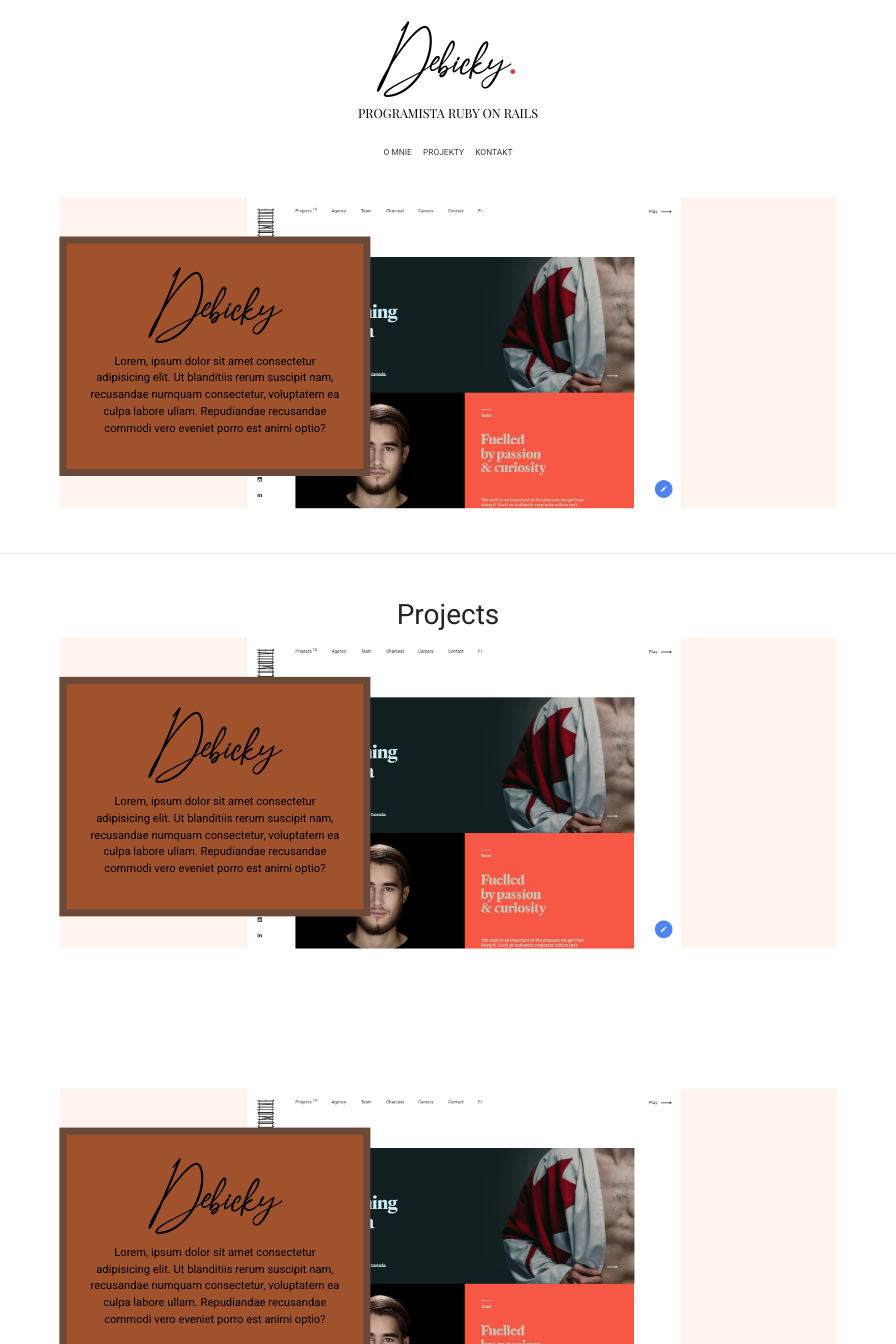
Repository: debicky/debicky.github.io
Page: index.html
These files come from the project's save history. The page is drawn as it stood at one moment and after the next save; the edit follows.
The browser window is 1280 px wide. The pictures show the part of the page from y = 0 to 1920 px (the page is 3763 px tall), at 70% of full size.
Some web libraries are served in a nearby version.

Above is the page before, as saved 2020-06-10 13:25:38.

### index.html
<!DOCTYPE html>
<html lang="en">
<head>
  <meta charset="UTF-8">
  <meta name="viewport" content="width=device-width, initial-scale=1.0">
  <title>Debicky</title>
  <link rel="stylesheet" href="https://stackpath.bootstrapcdn.com/bootstrap/4.5.0/css/bootstrap.min.css" integrity="sha384-9aIt2nRpC12Uk9gS9baDl411NQApFmC26EwAOH8WgZl5MYYxFfc+NcPb1dKGj7Sk" crossorigin="anonymous">
  <link rel="stylesheet" href="https://cdnjs.cloudflare.com/ajax/libs/font-awesome/5.11.2/css/all.min.css">
  <link rel="stylesheet" href="styles.css">
</head>
<body>


  <header>
    <a href="index.html">
      <div class="signature">
        <h5 class="signature-heading">Debicky<span class="text-danger font-weight-bolder">.</span></h5>
        <h3 class="signature-subhead">Programista Ruby on Rails</h3>
      </div>
    </a>
  </header>

  <div class="container">
    <nav class="navbar navbar-expand-md p-0 rounded">
      <button class="navbar-toggler" type="button" data-toggle="collapse" data-target="#navbarSupportedContent" aria-controls="navbarSupportedContent" aria-expanded="false" aria-label="Toggle navigation">
        <i class="fas fa-bars"></i>
        <i class="fas fa-times"></i>
      </button>

      <div class="collapse navbar-collapse d-md-flex justify-content-center" id="navbarSupportedContent">
        <ul class="navbar-nav">
          <li class="nav-item">
            <a class="nav-link" href="#">O mnie</a>
          </li>
          <li class="nav-item">
            <a class="nav-link" href="#">Projekty</a>
          </li>
          <li class="nav-item">
            <a class="nav-link" href="#">Kontakt</a>
          </li>
        </ul>
      </div>
    </nav>
  </div>

  <section class="about py-5">
    <div class="container">
      <div class="about-content">
        <div class="about-description">
          <div class="signature">
            <h5 class="signature-heading">Debicky</h5>
            <p>Lorem, ipsum dolor sit amet consectetur adipisicing elit. Ut blanditiis rerum suscipit nam, recusandae numquam consectetur, voluptatem ea culpa labore ullam. Repudiandae recusandae commodi vero eveniet porro est animi optio?</p>
          </div>
        </div>
        <div class="about-image">
          <a href="/images/1.jpeg">
            <img src="/images/2.jpeg" alt="img1">
          </a>
        </div>
      </div>
    </div>
  </section>

  <hr>

  <section class="projects py-5">
    <div class="container">
      <h1 class="text-center">Projects</h1>

      <div class="project-1">
        <div class="about-content">
          <div class="about-description">
            <div class="signature">
              <h5 class="signature-heading">Debicky</h5>
              <p>Lorem, ipsum dolor sit amet consectetur adipisicing elit. Ut blanditiis rerum suscipit nam, recusandae numquam consectetur, voluptatem ea culpa labore ullam. Repudiandae recusandae commodi vero eveniet porro est animi optio?</p>
            </div>
          </div>
          <div class="about-image">
            <a href="/images/1.jpeg">
              <img src="/images/2.jpeg" alt="img1">
            </a>
          </div>
        </div>
      </div>
      <div class="project-1">
        <div class="about-content">
          <div class="about-description">
            <div class="signature">
              <h5 class="signature-heading">Debicky</h5>
              <p>Lorem, ipsum dolor sit amet consectetur adipisicing elit. Ut blanditiis rerum suscipit nam, recusandae numquam consectetur, voluptatem ea culpa labore ullam. Repudiandae recusandae commodi vero eveniet porro est animi optio?</p>
            </div>
          </div>
          <div class="about-image">
            <a href="/images/1.jpeg">
              <img src="/images/2.jpeg" alt="img1">
            </a>
          </div>
        </div>
      </div>
      <div class="project-1">
        <div class="about-content">
          <div class="about-description">
            <div class="signature">
              <h5 class="signature-heading">Debicky</h5>
              <p>Lorem, ipsum dolor sit amet consectetur adipisicing elit. Ut blanditiis rerum suscipit nam, recusandae numquam consectetur, voluptatem ea culpa labore ullam. Repudiandae recusandae commodi vero eveniet porro est animi optio?</p>
            </div>
          </div>
          <div class="about-image">
            <a href="/images/1.jpeg">
              <img src="/images/2.jpeg" alt="img1">
            </a>
          </div>
        </div>
      </div>
      <div class="project-1">
        <div class="about-content">
          <div class="about-description">
            <div class="signature">
              <h5 class="signature-heading">Debicky</h5>
              <p>Lorem, ipsum dolor sit amet consectetur adipisicing elit. Ut blanditiis rerum suscipit nam, recusandae numquam consectetur, voluptatem ea culpa labore ullam. Repudiandae recusandae commodi vero eveniet porro est animi optio?</p>
            </div>
          </div>
          <div class="about-image">
            <a href="/images/1.jpeg">
              <img src="/images/2.jpeg" alt="img1">
            </a>
          </div>
        </div>
      </div>

    </div>
  </section>


  <footer class="py-5">
    <div class="container">
      <div class="row">
        <div class="col-12 col-md-5 col-lg-4 mb-5 mb-md-0">
          <a href="index.html">
            <div class="signature-footer">
              <h5 class="signature-footer-heading">Debicky<span class="text-danger font-weight-bolder">.</span></h5>
              <h3 class="signature-footer-subhead">Programista Ruby on Rails</h3>
            </div>
          </a>
          <small class="d-block mt-2 text-muted">&copy; 2020</small>
        </div>
        <div class="col-12 col-md-5 col-lg-4 mb-5 mb-md-0">
          <h5 class="text-uppercase">Media</h5>
          <ul class="list-unstyled mb-0">
            <li>
              <a href="https://www.facebook.com/artur.debicki.5" class="text-muted">Facebook</a>
            </li>
            <li>
              <a href="https://www.instagram.com/debicky" class="text-muted">Instagram</a>
            </li>
            <li>
              <a href="https://github.com/debicky" class="text-muted">Github</a>
            </li>
          </ul>
        </div>
        <div class="col-12 col-md-5 col-lg-4">
          <h5 class="text-uppercase">Kontakt</h5>
              <ul class="list-unstyled text-small mb-0">
                <li>
                  <a href="mailto:arturd444@gmail.com" class="text-muted">arturd444@gmail.com</a>
                </li>
                <li>
                  <p class="text-muted">+48 692 138 221</p>
                </li>
              </ul>
        </div>
      </div>
    </div>
  </footer>



  <script src="https://code.jquery.com/jquery-3.5.1.slim.min.js" integrity="sha384-DfXdz2htPH0lsSSs5nCTpuj/zy4C+OGpamoFVy38MVBnE+IbbVYUew+OrCXaRkfj" crossorigin="anonymous"></script>
  <script src="https://cdn.jsdelivr.net/npm/popper.js@1.16.0/dist/umd/popper.min.js" integrity="sha384-Q6E9RHvbIyZFJoft+2mJbHaEWldlvI9IOYy5n3zV9zzTtmI3UksdQRVvoxMfooAo" crossorigin="anonymous"></script>
  <script src="https://stackpath.bootstrapcdn.com/bootstrap/4.5.0/js/bootstrap.min.js" integrity="sha384-OgVRvuATP1z7JjHLkuOU7Xw704+h835Lr+6QL9UvYjZE3Ipu6Tp75j7Bh/kR0JKI" crossorigin="anonymous"></script>
  <script src="script.js"></script>

</body>
</html>

### styles.css
@import url('https://fonts.googleapis.com/css?family=Playfair+Display+SC|Roboto:300,400&display=swap');

@font-face {
  font-family: "AmostelySignature";
  src: url("/fonts/AmostelySignature.ttf");
  }

body, html {
  font-family: "Roboto", sans-serif;
}

a:hover {
  text-decoration: none;;
}

/* Heading & nav  */

header{
  height: 200px;
  width: 100%;
  display: flex;
  align-items: center;
  justify-content: center;
}

.signature{
  color: black;
  text-align: center;
  user-select: none;
}


.signature-heading{
  font-family: 'AmostelySignature', cursive;
  font-size: 80px;
  margin-bottom: 30px;
}

.signature-subhead{
  font-family: 'Playfair Display SC', sans-serif;
  font-size: 18px;
  text-transform: uppercase;
  margin-bottom: 0;
}

.navbar{
  background-color: #384147;
}

.navbar-toggler i{
  color: #fff;
  font-size: 25px;
}

.navbar-toggler .fa-times{
  display: none;
}

.navbar-toggler.menu-open  .fa-bars{
  display: none;
}

.navbar-toggler.menu-open  .fa-times{
  display: block;
}

.navbar-nav{
  padding: 20px;
}

.nav-link{
  color: #fff;
  text-transform: uppercase;
  transition: opacity .5s;
  font-size: 12px;
}

.nav-link:hover{
  color: maroon;
}

/* About */

.about-content{
  background-color: seashell;
}

.about-description{
  width: 100%;
  background-color: #fff;
  padding: 40px;
  outline: 5px solid rgba(56, 65, 71, 0.5);
  outline-offset: -5px;
  order: 1;
  margin-top: 5px;
}

.about-image{
  order: 2;
}

.about-image img{
  width: 100%;
  height: auto;
  display: block;
}

.about-image a::after{
  font-family: 'Font Awesome 5 Free';
  content: "\f35d";
  font-weight: 600;
  position: absolute;
  top: 50%;
  left: 50%;
  transform: translate(-50%, -50%);
  color: maroon;
  font-size: 25px;
  z-index: 101;
  width: 70px;
  height: 70px;
  border: 3px solid #fff;
  border-radius: 100%;
  display: flex;
  align-items: center;
  justify-content: center;
  opacity: 0;
  transition: opacity .5s;
}

.about-image a:hover::after{
  opacity: .7;
}


/* Footer */


footer {
  background-color: #151515;
}

.signature-footer-heading{
  font-family: 'AmostelySignature', cursive;
  font-size: 50px;
  margin-bottom: 30px;
}

.signature-footer-subhead{
  font-family: 'Playfair Display SC', sans-serif;
  font-size: 12px;
  text-transform: uppercase;
}

footer h5, footer h3{
  color: #fff;
  font-family: 'Playfair Display SC', sans-serif;
}

a.text-muted:hover{
  color: maroon !important;
}


/* Responsive */

@media screen and (min-width: 768px) {
  .navbar{
    background-color: transparent;
  }
  .navbar-nav{
    padding: 0;
  }
  .nav-link{
    color: #384147;
  }

  nav:hover .nav-link:not(:hover){
    opacity: .5;
  }

  .about-content{
    position: relative;
    display: block;
  }

  .about-description{
    position: absolute;
    top: 80%;
    transform: translateY(-50%);
    width: 60%;
    outline-offset: -10px;
    background-color: slateblue;
  }

  .about-image img{
    width: 70%;
    margin-left: auto;
  }
}

@media screen and (min-width: 1200px) {
  .about-description{
    top: 50%;
    width: 40%;
    outline: 10px solid rgba(56, 65, 71, 0.5);
    offset: -20px;
    background-color: sienna;
  }

  .about-description:nth-of-type(){
    top: 50%;
    width: 40%;
    outline: 10px solid rgba(56, 65, 71, 0.5);
    offset: -20px;
    background-color: blueviolet;
  }

  .about-image{
    width: 80%;
  }
}

.project-1{
  margin-bottom: 200px;
}

### script.js
$('.navbar-toggler').on('click', function () {
  $(this).toggleClass('menu-open')
})

After the next save:
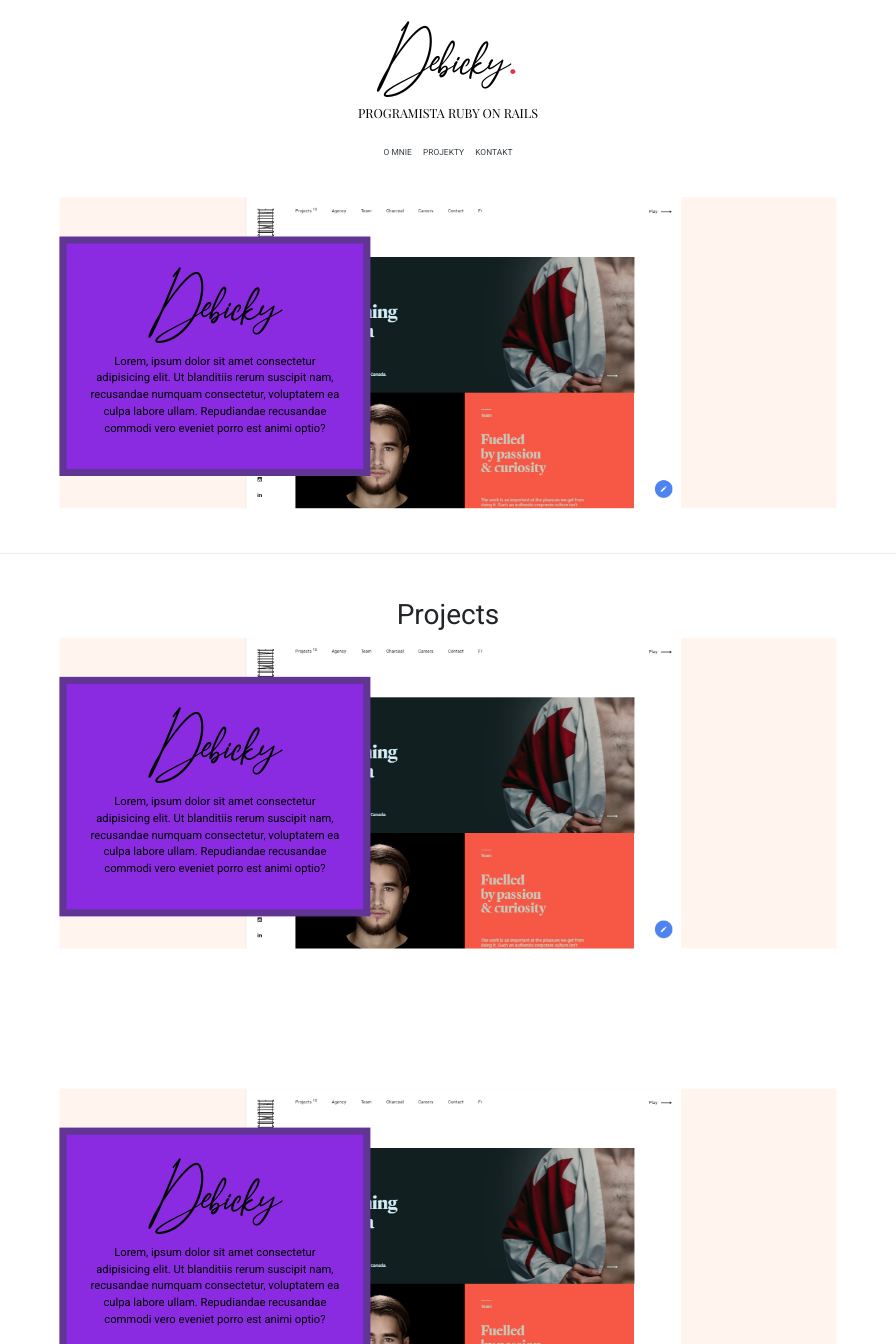
Saved 1 s later.
--- a/styles.css
+++ b/styles.css
@@ -207,7 +207,7 @@ a.text-muted:hover{
     background-color: sienna;
   }
 
-  .about-description:nth-of-type(){
+  .about-description:nth-of-type(odd){
     top: 50%;
     width: 40%;
     outline: 10px solid rgba(56, 65, 71, 0.5);

After the save that followed:
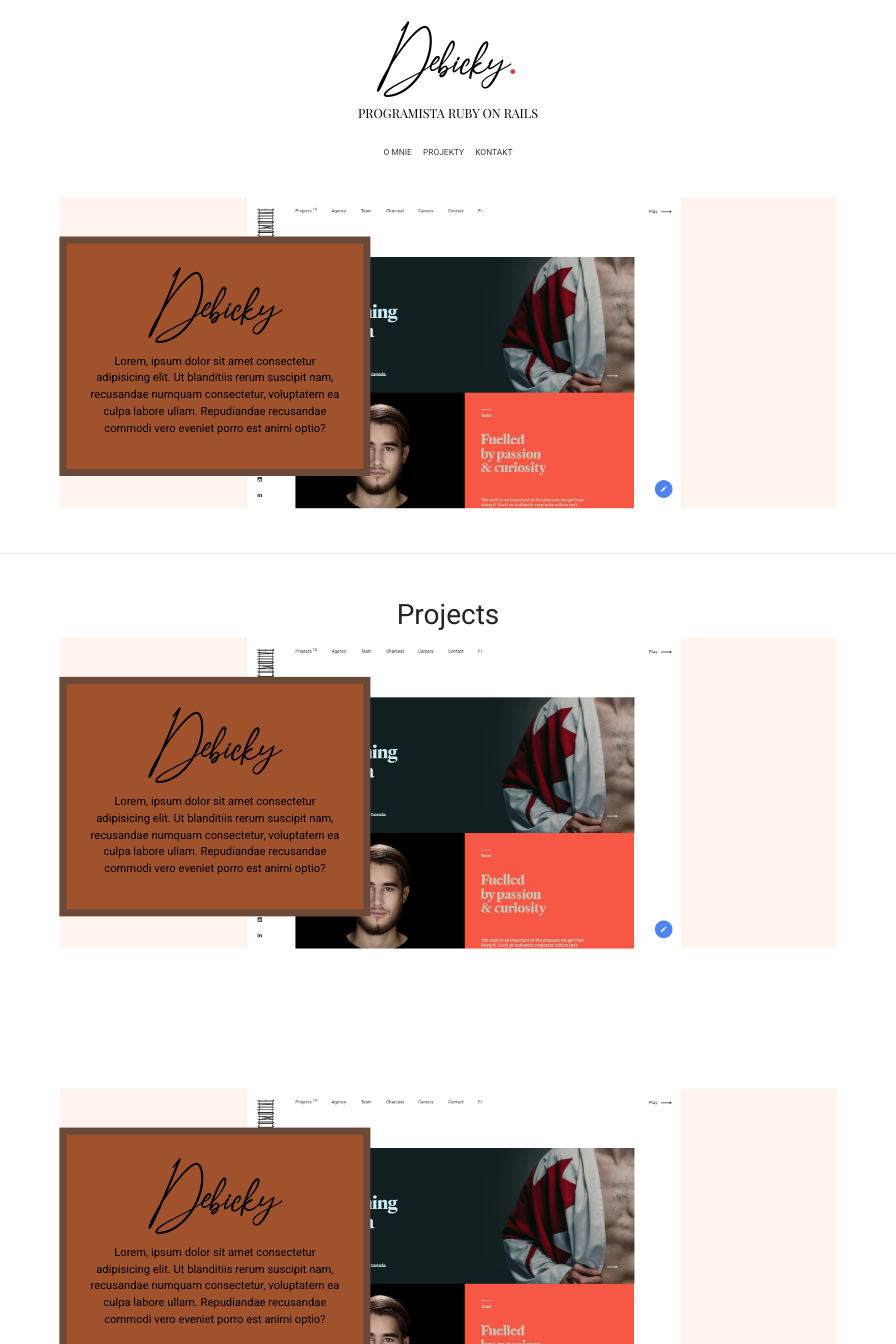
Saved 10 s later.
--- a/styles.css
+++ b/styles.css
@@ -207,7 +207,7 @@ a.text-muted:hover{
     background-color: sienna;
   }
 
-  .about-description:nth-of-type(odd){
+  .about-description:nth-of-type(even){
     top: 50%;
     width: 40%;
     outline: 10px solid rgba(56, 65, 71, 0.5);
